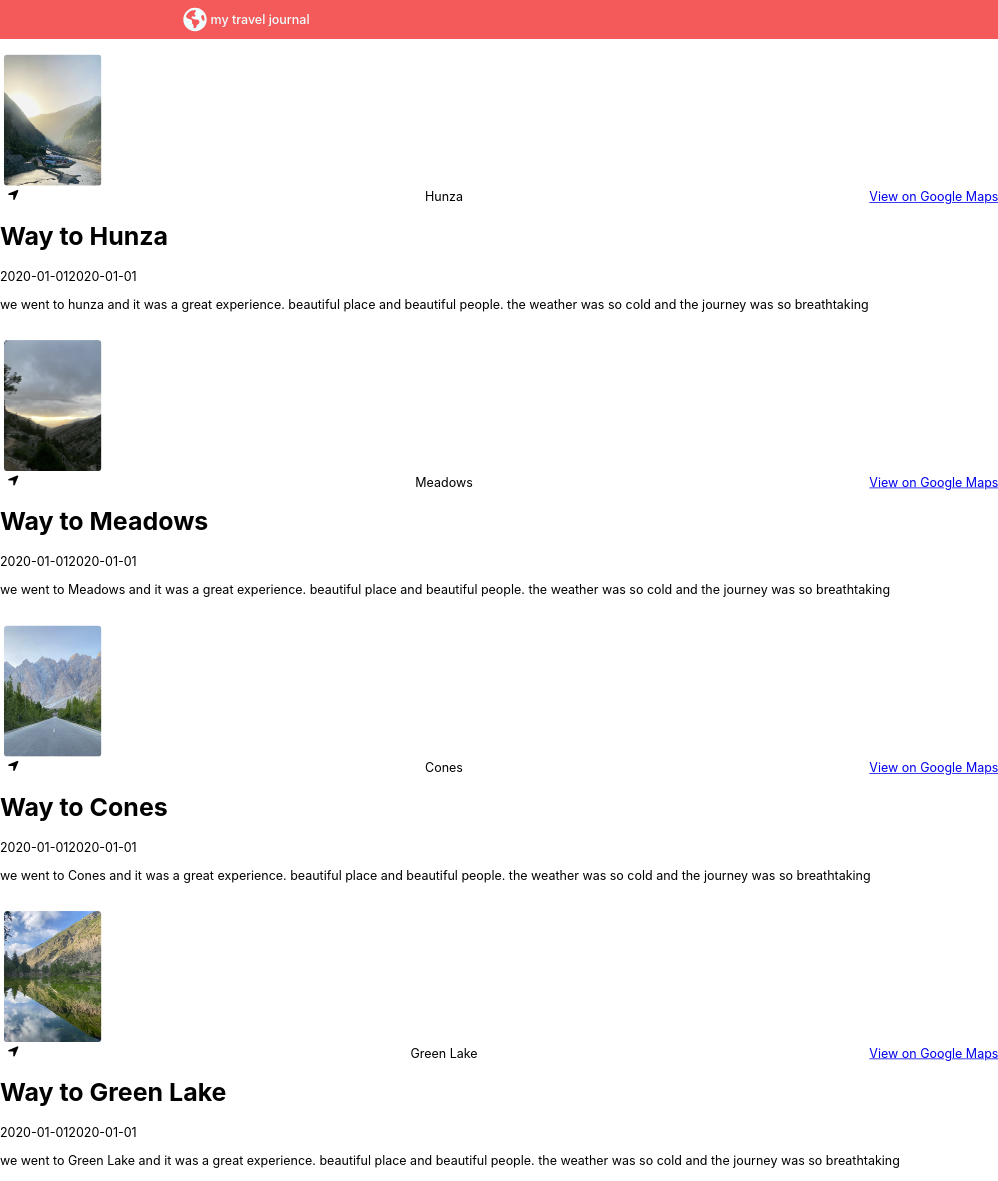
Repository: mortiestmorty1/travel-journal
Page: /
These files come from the project's save history. The page is drawn as it stood at one moment and after the next save; the edit follows.
The browser window is 1280 px wide. The pictures show the whole page, at 78% of full size.
The project was rebuilt for these pictures with package versions that can differ from the ones it lists, and the page was loaded fresh each time.

Above is the page before, as saved 2024-01-17 15:05:34.

After the next save:
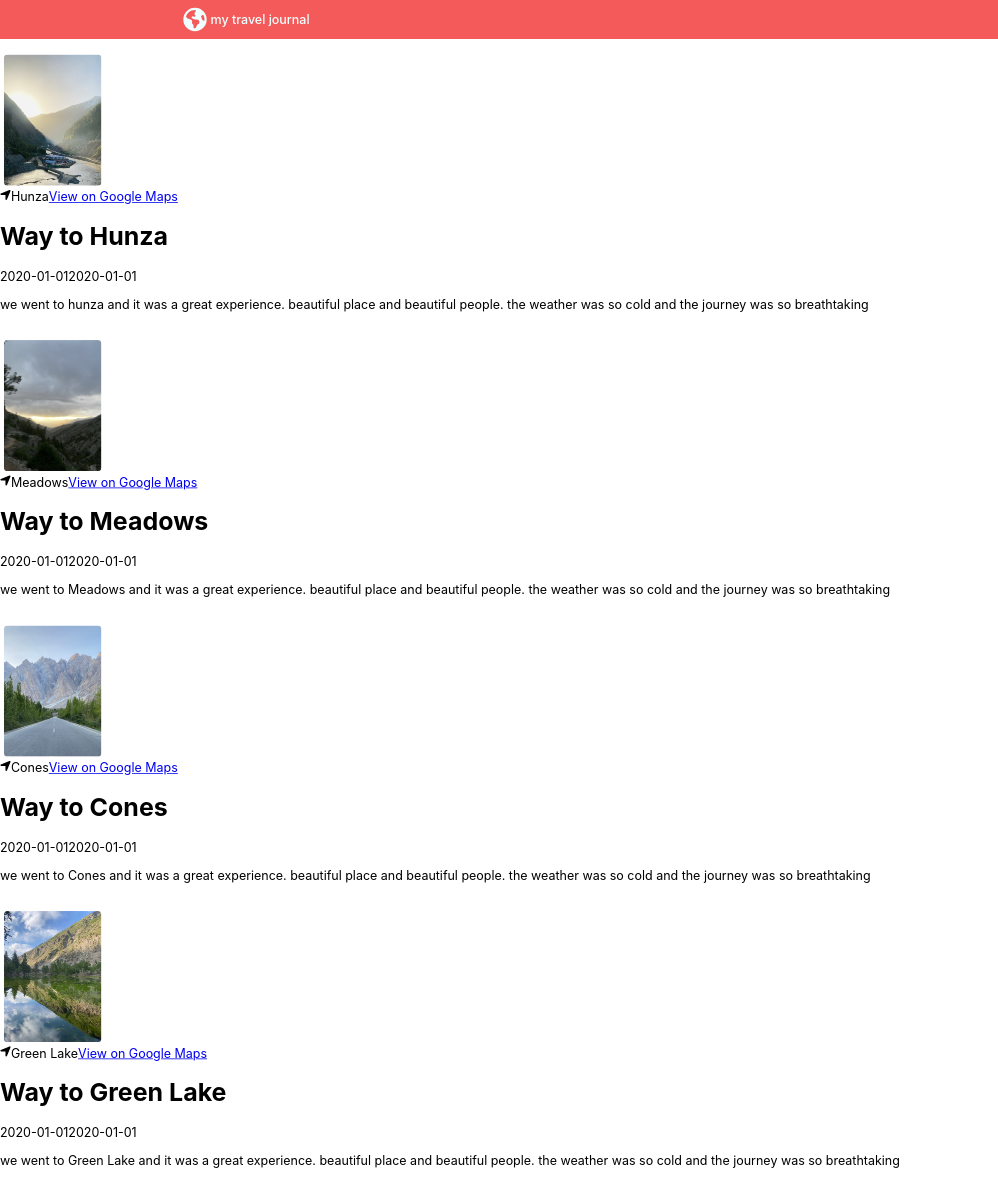
Saved 38 s later.
--- a/src/App.css
+++ b/src/App.css
@@ -37,8 +37,7 @@
 }
 .section1{
   display: flex;
-  justify-content: space-between;
-  margin-left: 10px;
+  justify-items: flex-start;
 }
 .Title{
 
